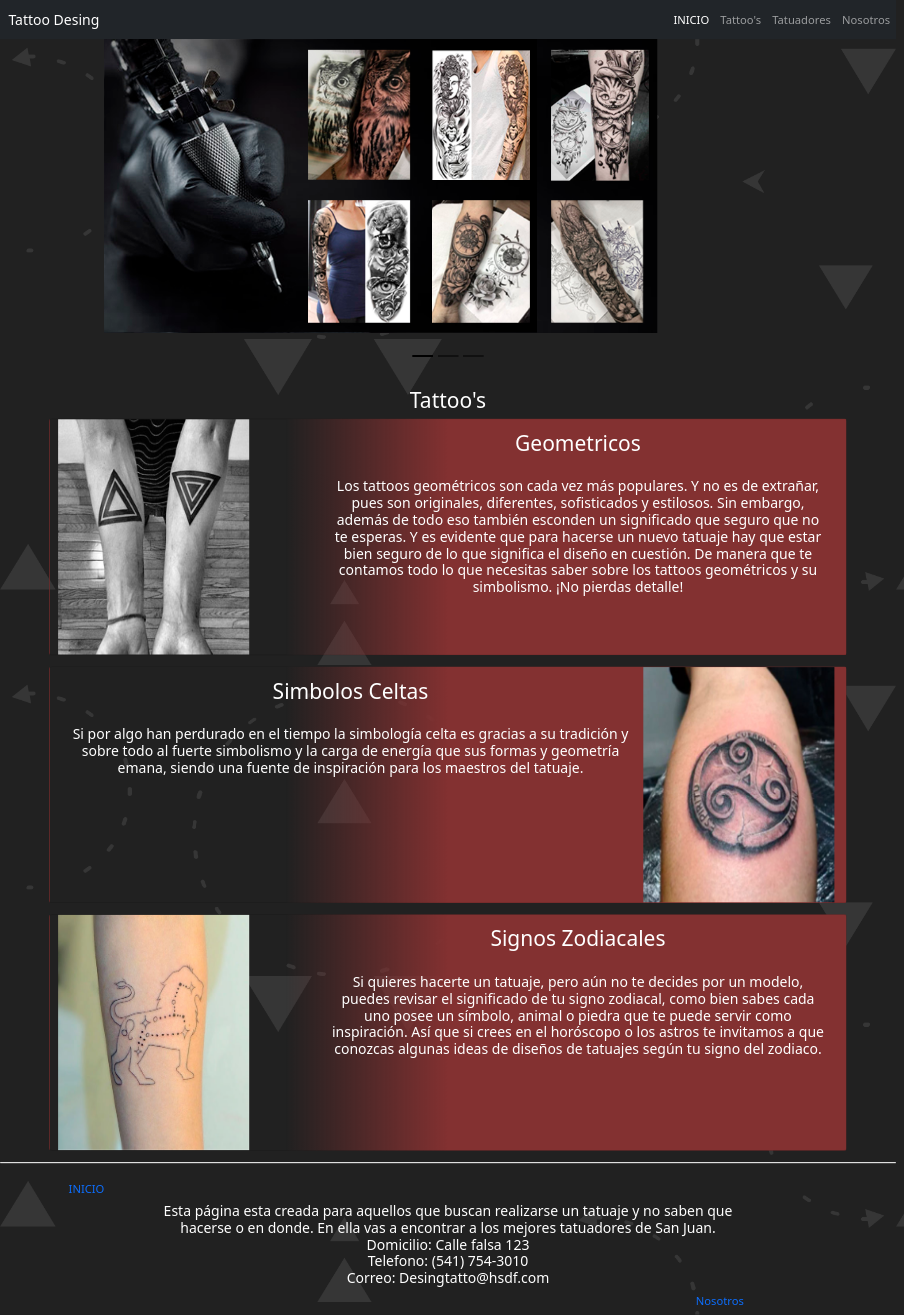
Repository: Vladimir-22/TatooDesign
Page: index.html
The author's editor kept a copy of each file at every save. The page is drawn from the files as they stood at one save, then again after the next save.
The browser window is 1280 px wide. The page is 1292 px wide, so the pictures cover 1292 px, including what lies to the right of the window. The pictures show the whole page, at 70% of full size.
Some web libraries are served in a nearby version.

Above is the page before, as saved 2021-05-19 22:53:28.

After the next save:
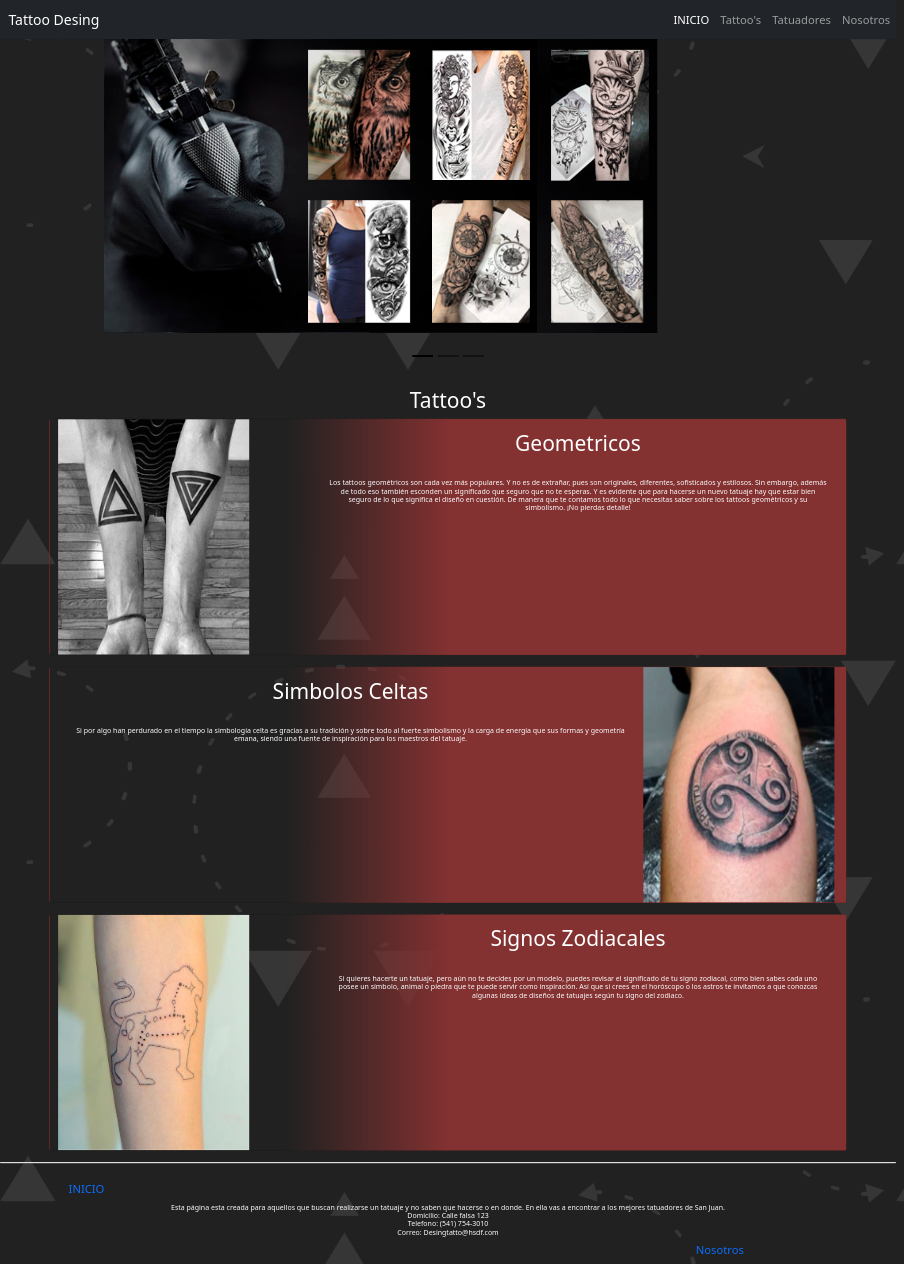
Saved 41 s later.
--- a/css/styles.css
+++ b/css/styles.css
@@ -43,6 +43,7 @@ h5{
     color: white;
     text-align: center;
     font-weight:100;
+    font-size: 10px;
 }
 
 
